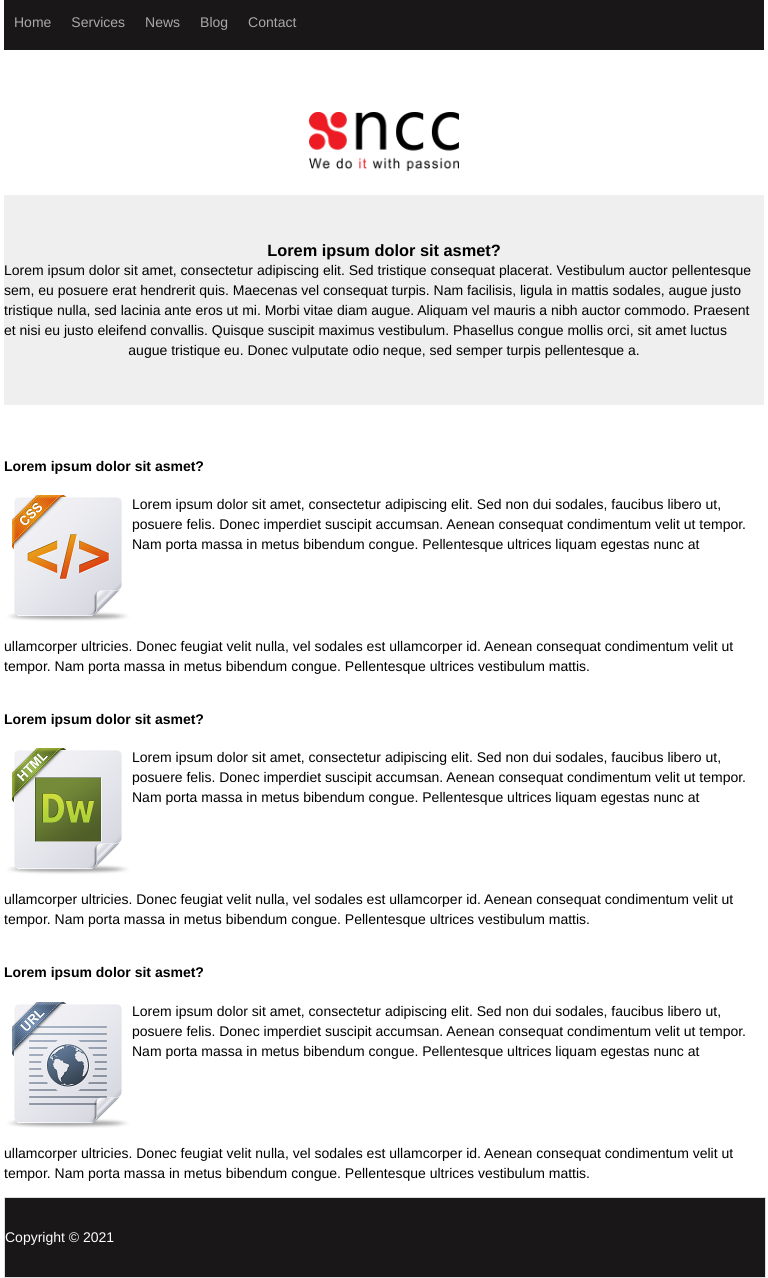
Repository: HoanTiny/ncc
Page: index.html
These files come from the project's save history. The page is drawn as it stood at one moment and after the next save; the edit follows.
The browser window is 768 px wide. The pictures show the whole page.

Above is the page before, as saved 2023-03-30 21:44:15.

### index.html
<!DOCTYPE html>
<html lang="en">
    <head>
        <meta charset="UTF-8" />
        <meta http-equiv="X-UA-Compatible" content="IE=edge" />
        <meta name="viewport" content="width=device-width, initial-scale=1.0" />
        <title>NCC Test</title>
        <link rel="stylesheet" href="./style.css" />
        <link
            href="https://unpkg.com/boxicons@2.1.4/css/boxicons.min.css"
            rel="stylesheet"
        />
    </head>
    <body>
        <div class="container">
            <div class="sidebar">
                <div class="sidebar_icon hiden-tablet">
                    <i class="bx bx-menu"></i>
                </div>
                <ul>
                    <li><a href="">Home</a></li>
                    <li><a href="">Services</a></li>
                    <li><a href="">News</a></li>
                    <li><a href="">Blog</a></li>
                    <li><a href="">Contact</a></li>
                </ul>
            </div>
            <div class="content">
                <div class="content_logo">
                    <img src="./logoNCC 1.png" alt="" />
                </div>
                <div class="content_text">
                    <h3>Lorem ipsum dolor sit asmet?</h3>
                    <p>
                        Lorem ipsum dolor sit amet, consectetur adipiscing elit.
                        Sed tristique consequat placerat. Vestibulum auctor
                        pellentesque sem, eu posuere erat hendrerit quis.
                        Maecenas vel consequat turpis. Nam facilisis, ligula in
                        mattis sodales, augue justo tristique nulla, sed lacinia
                        ante eros ut mi. Morbi vitae diam augue. Aliquam vel
                        mauris a nibh auctor commodo. Praesent et nisi eu justo
                        eleifend convallis. Quisque suscipit maximus vestibulum.
                        Phasellus congue mollis orci, sit amet luctus augue
                        tristique eu. Donec vulputate odio neque, sed semper
                        turpis pellentesque a.
                    </p>
                </div>
                <div class="content_main">
                    <div class="content_main_g1">
                        <h4>Lorem ipsum dolor sit asmet?</h4>
                        <div class="content_main_g1_textimg">
                            <img src="./css-icon 1.png" alt="" />
                            <span
                                >Lorem ipsum dolor sit amet, consectetur
                                adipiscing elit. Sed non dui sodales, faucibus
                                libero ut, posuere felis. Donec imperdiet
                                suscipit accumsan. Aenean consequat condimentum
                                velit ut tempor. Nam porta massa in metus
                                bibendum congue. Pellentesque ultrices liquam
                                egestas nunc at
                            </span>
                        </div>
                        <p>
                            ullamcorper ultricies. Donec feugiat velit nulla,
                            vel sodales est ullamcorper id. Aenean consequat
                            condimentum velit ut tempor. Nam porta massa in
                            metus bibendum congue. Pellentesque ultrices
                            vestibulum mattis.
                        </p>
                    </div>
                    <div class="content_main_g1">
                        <h4>Lorem ipsum dolor sit asmet?</h4>
                        <div class="content_main_g1_textimg">
                            <img src="./html-icon 1.png" alt="" />
                            <span
                                >Lorem ipsum dolor sit amet, consectetur
                                adipiscing elit. Sed non dui sodales, faucibus
                                libero ut, posuere felis. Donec imperdiet
                                suscipit accumsan. Aenean consequat condimentum
                                velit ut tempor. Nam porta massa in metus
                                bibendum congue. Pellentesque ultrices liquam
                                egestas nunc at
                            </span>
                        </div>
                        <p>
                            ullamcorper ultricies. Donec feugiat velit nulla,
                            vel sodales est ullamcorper id. Aenean consequat
                            condimentum velit ut tempor. Nam porta massa in
                            metus bibendum congue. Pellentesque ultrices
                            vestibulum mattis.
                        </p>
                    </div>
                    <div class="content_main_g1">
                        <h4>Lorem ipsum dolor sit asmet?</h4>
                        <div class="content_main_g1_textimg">
                            <img src="./url-icon 1.png" alt="" />
                            <span
                                >Lorem ipsum dolor sit amet, consectetur
                                adipiscing elit. Sed non dui sodales, faucibus
                                libero ut, posuere felis. Donec imperdiet
                                suscipit accumsan. Aenean consequat condimentum
                                velit ut tempor. Nam porta massa in metus
                                bibendum congue. Pellentesque ultrices liquam
                                egestas nunc at
                            </span>
                        </div>
                        <p>
                            ullamcorper ultricies. Donec feugiat velit nulla,
                            vel sodales est ullamcorper id. Aenean consequat
                            condimentum velit ut tempor. Nam porta massa in
                            metus bibendum congue. Pellentesque ultrices
                            vestibulum mattis.
                        </p>
                    </div>
                </div>
            </div>
            <div class="footer">
                <div class="footer_logo">Copyright © 2021</div>
            </div>
        </div>
    </body>
</html>

### style.css
html {
    font-family: "Helvetica Neue", Helvetica, Arial, sans-serif;
    font-size: 14px;
    line-height: 20px;
    margin: 0;
    padding: 0;
}

body {
    margin: 0;
}

.container {
    display: flex;
    width: 1918px;
    min-height: 935px;
    position: relative;
}

.sidebar {
    background-color: #191718;
    width: 150px;
    height: 935px;
}

.sidebar ul {
    list-style-type: none;
    padding: 0;
    height: 44px;
    margin: 0;
}

.sidebar ul li {
    border-bottom: 1px solid #333;
    height: 44px;
    line-height: 44px;
}

.sidebar ul li:hover {
    background-color: #5c5c5c;
}

.sidebar ul li:hover a {
    color: #fff;
}

.sidebar ul li a {
    padding: 10px;
    margin: 0;
    width: 150px;
    height: 44px;
    color: #aaaaaa;
    top: 19px;
    left: 16px;
    text-decoration: none;
}

.content {
    width: 1768px;
    margin: 0 150px;
    position: relative;
}

.content_logo {
    display: flex;
    width: 100%;
    justify-content: center;
    margin-top: 12px;
}

.content_text {
    display: flex;
    width: 100%;
    justify-content: center;
    flex-direction: column;
    align-items: center;
    background-color: #efefef;
    height: 210px;
    /* margin: 0 279px; */
    margin-top: 24px;
}

.content_text p,
.content_text h3 {
    margin: 0 279px;
}

.content_text p {
    margin-top: 12px;
    text-align-last: center;
}

.content_main {
    display: flex;
    width: 100%;
    margin-top: 32px;
}

.content_main_g1 {
    display: flex;
    width: 100%;
    flex-direction: column;
}

.content_main_g1_textimg {
    display: flex;
}

.footer {
    position: absolute;
    bottom: 0;
    width: 100%;
    height: 79px;
    left: 150px;
    line-height: 79px;
    border: 1px solid #dedede;
    margin: 0;
}

@media screen and (max-width: 1920px) {
    .container {
        width: 100%;
    }
}

@media (min-width: 768px) and (max-width: 991px) {
    body {
        padding: 0 4px;
    }

    .hiden-tablet {
        display: none;
    }

    .container {
        width: 100%;
        display: flex;
        flex-direction: column;
    }

    .sidebar {
        background-color: #191718;
        width: 100%;
        height: 50px;
    }

    .sidebar ul {
        display: flex;
    }

    .sidebar ul li {
        border: none;
    }

    .content {
        width: 100%;
        margin: 0;
        padding: 0;
        margin-top: 50px;
    }

    .content_main {
        flex-direction: column;
    }

    .content_text p,
    .content_text h3 {
        margin: 0;
    }

    .content_logo img {
        width: 150px;
    }

    .footer {
        position: unset;
        background-color: #191718;
        color: #fff;
        /* bottom: 0;
        width: 100%;
        height: 79px;
        left: 150px;
        line-height: 79px;
        border: 1px solid #dedede;
        margin: 0; */
    }
}

@media (max-width: 765px) {
    .hiden-desktop {
        display: none;
    }

    body {
        padding: 0 4px;
    }

    .container {
        width: 100%;
        display: flex;
        flex-direction: column;
    }

    .sidebar {
        width: 100%;
        height: 50px;
        display: flex;
        align-items: center;
        justify-content: flex-end;
        padding-right: 24px;
        position: fixed;
        top: 0;
        right: 0;
        left: 0;
        margin-bottom: 50px;
        z-index: 1;
    }

    .sidebar ul {
        display: none;
    }

    .sidebar_icon {
        color: #fff;
        font-size: 16px;
        text-align: right;
    }

    .content {
        width: 100%;
        margin: 0;
        padding: 0;
        margin-top: 50px;
    }

    .content_main {
        flex-direction: column;
    }

    .content_text p,
    .content_text h3 {
        margin: 0;
    }

    .content_logo img {
        width: 150px;
    }

    .footer {
        position: unset;
        background-color: #191718;
        color: #fff;
        /* bottom: 0;
        width: 100%;
        height: 79px;
        left: 150px;
        line-height: 79px;
        border: 1px solid #dedede;
        margin: 0; */
    }
}

After the next save:
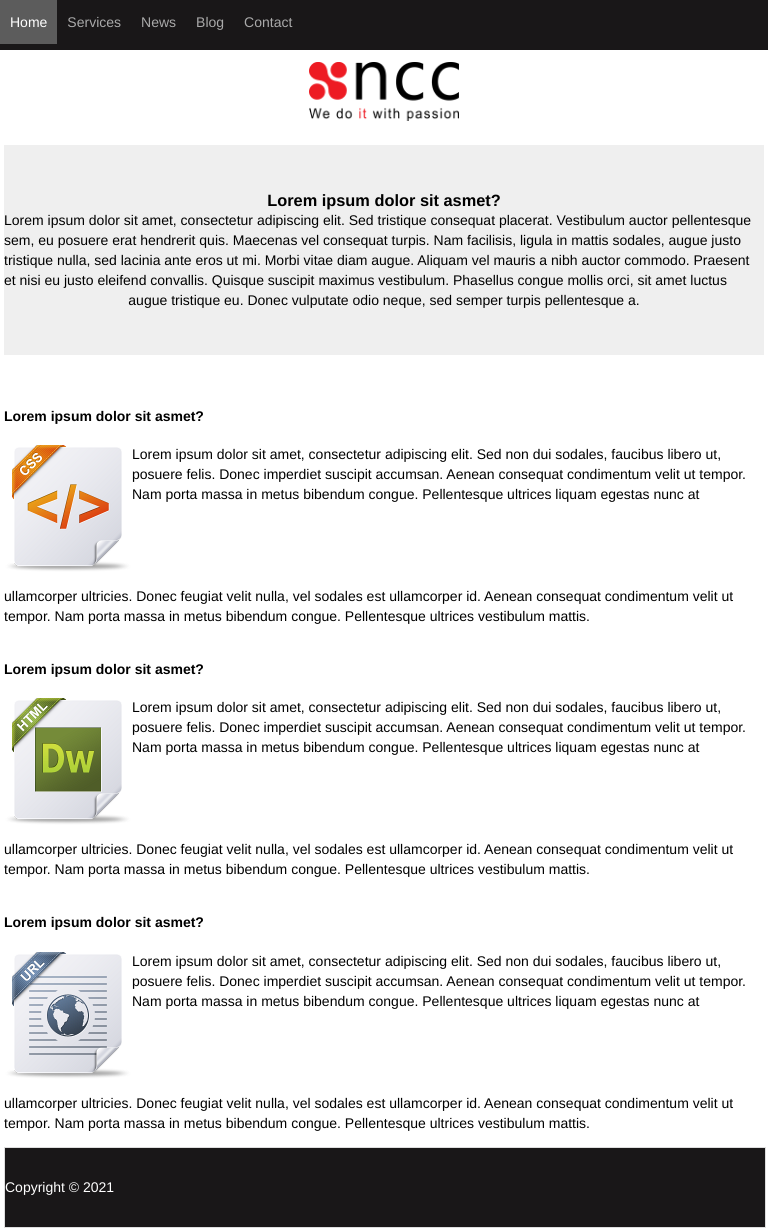
Saved 43 s later.
--- a/style.css
+++ b/style.css
@@ -142,6 +142,12 @@
         background-color: #191718;
         width: 100%;
         height: 50px;
+        position: fixed;
+        top: 0;
+        right: 0;
+        left: 0;
+        margin-bottom: 50px;
+        z-index: 1;
     }
 
     .sidebar ul {
